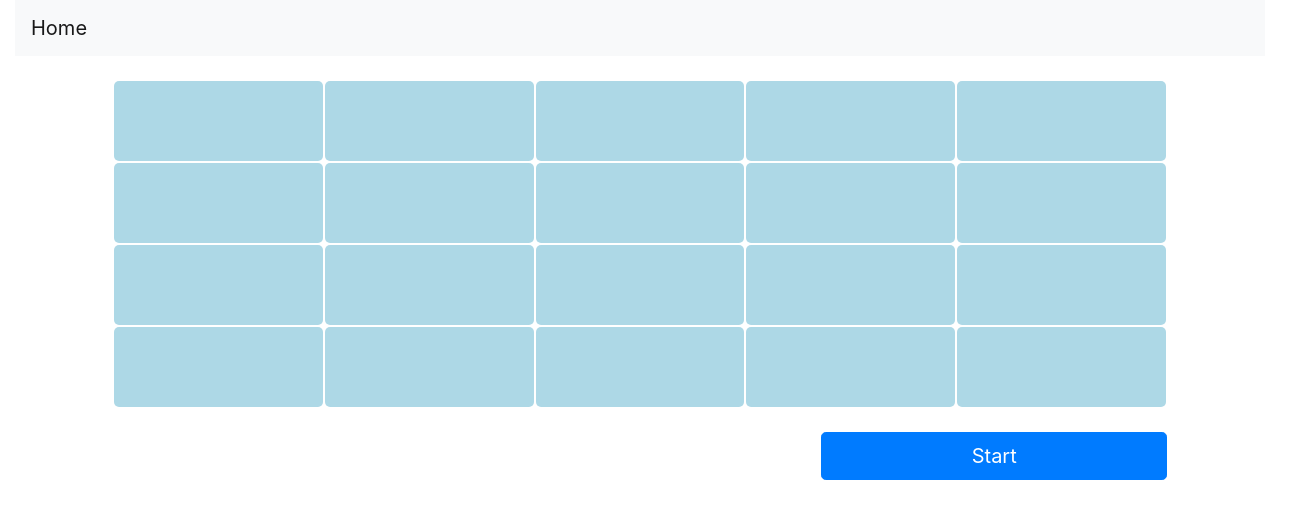
Repository: chrisrees85/memory-block
Page: hard.html
The author's editor kept a record of every edit. The page is drawn from the files as they stood at one moment, then again after the next edit.
The browser window is 1280 px wide. The page is 1295 px wide, then 1280 px, then 1295 px, so the pictures cover 1295 px, including what lies to the right of the window. The pictures show the whole page.

Above is the page before.

### hard.html
<!DOCTYPE html>
<html lang="en">

<head>
    <meta charset="UTF-8">
    <meta name="viewport" content="width=device-width, initial-scale=1.0">
    <meta http-equiv="X-UA-Compatible" content="ie=edge">
    <title>Memory Block</title>
    <link rel="stylesheet" href="https://stackpath.bootstrapcdn.com/bootstrap/4.3.1/css/bootstrap.min.css" integrity="sha384-ggOyR0iXCbMQv3Xipma34MD+dH/1fQ784/j6cY/iJTQUOhcWr7x9JvoRxT2MZw1T" crossorigin="anonymous">
    <link rel="stylesheet" href="assets/css/style.css" type="text/css" />
</head>

<body>
    <div class="container-fluid">
        <nav class="navbar navbar-light bg-light">
            <a class="navbar-brand" href="index.html">Home</a>
        </nav>
    </div>
    </br>
        <div class="board">
            <div class="row">
                <div class="col tiles"></div>
                <div class="col tiles"></div>
                <div class="col tiles"></div>
                <div class="col tiles"></div>
                <div class="col tiles"></div>
            </div>
            <div class="row">
                <div class="col tiles"></div>
                <div class="col tiles"></div>
                <div class="col tiles"></div>
                <div class="col tiles"></div>
                <div class="col tiles"></div>
            </div>
            <div class="row">
                <div class="col tiles"></div>
                <div class="col tiles"></div>
                <div class="col tiles"></div>
                <div class="col tiles"></div>
                <div class="col tiles"></div>
            </div>
            <div class="row">
                <div class="col tiles"></div>
                <div class="col tiles"></div>
                <div class="col tiles"></div>
                <div class="col tiles"></div>
                <div class="col tiles"></div>
            </div>
        </div>
        </br>
        <div class="row btn-right">

            <div id="btn"></div>

        </div>
    </div>

    <div class="modal fade" id="exampleModal" tabindex="-1" role="dialog" aria-labelledby="exampleModalLabel" aria-hidden="true">
        <div class="modal-dialog" role="document">
            <div class="modal-content">
                <div class="modal-header">
                    <h5 class="modal-title" id="modal-head"></h5>
                    <button type="button" class="close" data-dismiss="modal" aria-label="Close">
          <span aria-hidden="true">&times;</span>
        </button>
                </div>
                <div class="modal-body" id='modal-text'>
                </div>
                <div class="modal-footer" id="modal-btn">
                    <button  type="button" class="btn btn-secondary" data-dismiss="modal">Try Again</button>
                </div>
            </div>
        </div>
    </div>


    <script src="https://code.jquery.com/jquery-3.3.1.slim.min.js" integrity="sha384-q8i/X+965DzO0rT7abK41JStQIAqVgRVzpbzo5smXKp4YfRvH+8abtTE1Pi6jizo" crossorigin="anonymous"></script>
    <script src="https://cdnjs.cloudflare.com/ajax/libs/popper.js/1.14.7/umd/popper.min.js" integrity="sha384-UO2eT0CpHqdSJQ6hJty5KVphtPhzWj9WO1clHTMGa3JDZwrnQq4sF86dIHNDz0W1" crossorigin="anonymous"></script>
    <script src="https://stackpath.bootstrapcdn.com/bootstrap/4.3.1/js/bootstrap.min.js" integrity="sha384-JjSmVgyd0p3pXB1rRibZUAYoIIy6OrQ6VrjIEaFf/nJGzIxFDsf4x0xIM+B07jRM" crossorigin="anonymous"></script>
    <script type="text/javascript" src="assets/js/scripts.js"></script>
</body>

</html>

### assets/css/style.css
*{
  padding: 0;
  margin: 0;
  box-sizing: border-box;
}

.center{
    text-align: center;
}

.board{
  width:80vw;
  margin: auto;
}

.tiles{
  background-color: lightblue;
  height:80px;
  border-radius: 5px;
  margin:1px;
}

.btn-right{
  padding-right:10vw;
  float:right;
}

#btn,
#play-btn{
  width:27vw;
}

.green{
  background-color: green;
}

.modal-dialog{
  padding-top:200px;
}

### assets/js/scripts.js
let tiles = Array.from(document.querySelectorAll('.tiles'));
let buttonDiv = document.getElementById('btn');
let tilesLength = tiles.length;
let score = 0;

// First function of the play button

function startButton() {
    buttonDiv.innerHTML = '<button type="button" class="btn btn-primary btn-lg" id="play-btn" onclick="onClick();">Start</button>';
}
startButton();

// Function performs when first button function is pressed

function onClick() {
    // Renders the button inactive so the user can't keep calling onClick function
    buttonDiv.innerHTML = '<button type="button" class="btn btn-primary btn-lg" id="play-btn">Timer Started</button>';

    // Countdown timer shown in the button text
    // Once time is up the buttons function changes to check users attempt
    let timeleft = 5;
    let countdownTimer = setInterval(function() {
        buttonDiv.innerHTML = '<button type="button" class="btn btn-primary btn-lg" id="play-btn"></button>';
        document.getElementById('play-btn').textContent = timeleft;
        timeleft -= 1;
        if (timeleft < 0) {
            clearInterval(countdownTimer);
            buttonDiv.innerHTML = '<button type="button" class="btn btn-primary btn-lg" id="play-btn" onclick="checkAttempt();" data-toggle="modal" data-target="#exampleModal">Check</button>';
        }
    }, 1000);

    // Shuffles the tiles array into a random order
    let i = tilesLength,
        rand, temp;
    while (--i > 0) {
        rand = Math.floor(Math.random() * (i + 1));
        temp = tiles[rand];
        tiles[rand] = tiles[i];
        tiles[i] = temp;
    }

    // Selects half of the shuffled array and adds the color class
    let bottomHalfTiles = tiles.slice(tilesLength / 2, tilesLength);
    bottomHalfTiles.forEach(function(i) {
        i.classList += (' green');
    });

    // Replaces the color class with an unused class after 6 seconds
    function clearBoard() {
        bottomHalfTiles.map(function(i) {
            i.classList.replace('green', 'in-play');
        });
    }
    setTimeout(clearBoard, 6000);
    console.log(tiles);

    // Activates the users ability to click and change the block color 6 seconds after the start button is pressed
    function allowUserClick() {
        tiles.forEach(function(i) {
            i.addEventListener('click', tileClicked);
        });

        function tileClicked() {
            this.classList.toggle('green');
        }
    }
    setTimeout(allowUserClick, 6000);
}


// Function checks the users answers on clicking the check button and displays a modal
function checkAttempt() {
    let modalBtn = document.getElementById('modal-btn');

    // Loops through the tiles array and increments 1 to the score if a condition is true
    function checkClasses() {
        tiles.forEach(function(it) {
            if ((it.classList.contains('in-play')) && (it.classList.contains('green'))) {
                score++;
            }
            else if ((it.classList.contains('tiles')) && (it.classList.contains('green')) && !(it.classList.contains('in-play'))) {
                score = tilesLength;
            }
        });
    }
    checkClasses();

    // Modal either gives a yes or no answer as to whether the user has succeeded
    if (score == tilesLength / 2) {
        document.getElementById('modal-head').textContent = ('CONGRATULATIONS');
        document.getElementById('modal-text').textContent = ('Your memory served you well');
        modalBtn.innerHTML = '<button type="button" class="btn btn-secondary" onclick="location.reload();">Play Again</button>';
    }else {
        document.getElementById('modal-head').textContent = ('OOPS, SORRY');
        document.getElementById('modal-text').textContent = ('Would you like to try again or Start New Game');
        modalBtn.innerHTML = '<button type="button" class="btn btn-secondary" data-dismiss="modal" onclick="reveal();">Reveal</button>';
    }
    // resets the score to 0 to keep the users attempt accurate
    score = 0;
}

function reveal(){
    tiles.forEach(function(it){
        if( it.classList.contains('green')&& !(it.classList.contains('in-play')) ){

        }
    });
}

After the next edit:
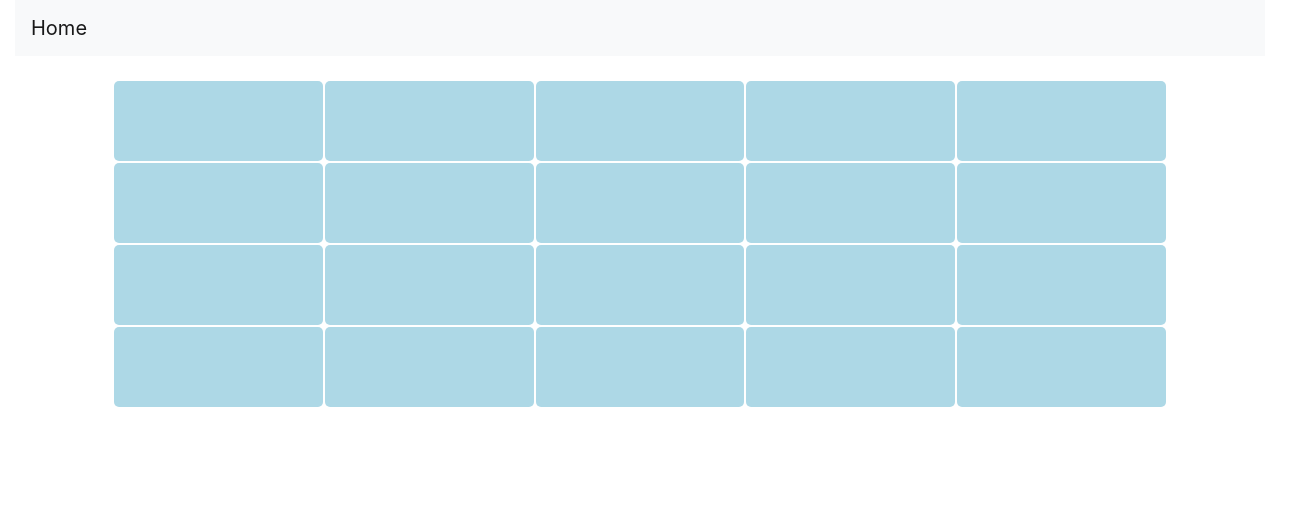
Console error: SyntaxError: Unexpected token '}'
The edit:
--- a/assets/js/scripts.js
+++ b/assets/js/scripts.js
@@ -102,7 +102,7 @@
 function reveal(){
     tiles.forEach(function(it){
         if( it.classList.contains('green')&& !(it.classList.contains('in-play')) ){
-
-        }
+            it.classList.remove('green');
+        }else if ( it.classList.contains('green')&& (it.classList.contains('in-play')) )
     });
 }

After the 2 edits that followed:
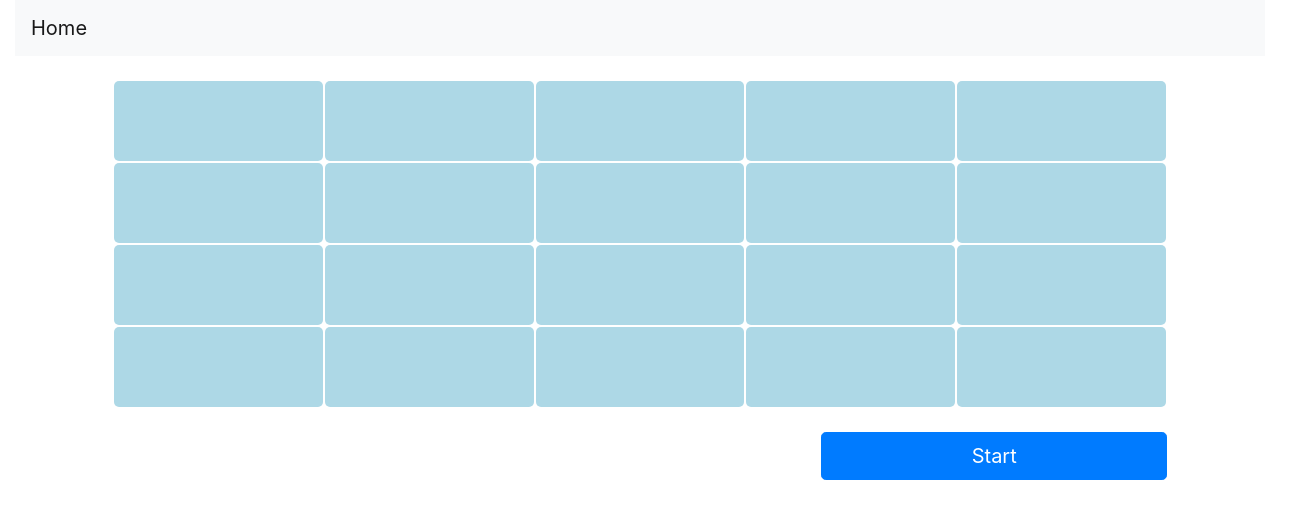
The error is gone.
The 2 edits are shown as one change because 1 left the picture as it was.
The edit:
--- a/assets/js/scripts.js
+++ b/assets/js/scripts.js
@@ -101,8 +101,10 @@
 
 function reveal(){
     tiles.forEach(function(it){
-        if( it.classList.contains('green')&& !(it.classList.contains('in-play')) ){
+        if( (it.classList.contains('green'))&& !(it.classList.contains('in-play')) ){
             it.classList.remove('green');
-        }else if ( it.classList.contains('green')&& (it.classList.contains('in-play')) )
+        }else if ( !(it.classList.contains('green'))&& (it.classList.contains('in-play')) ){
+            it.classList.add('green');
+        }
     });
 }
